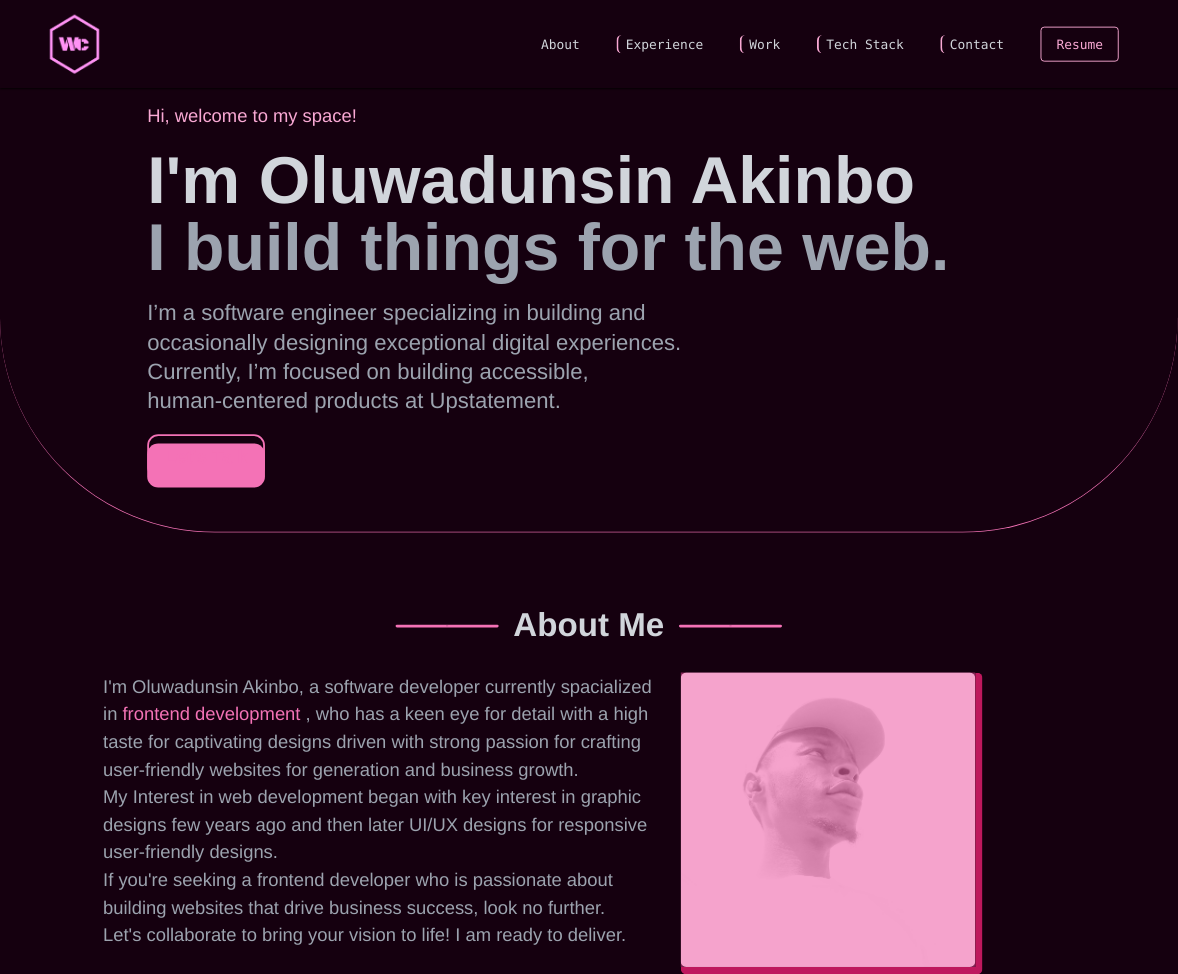
Repository: EmmyDunny1/myPortfolio
Page: / (app in MyPortfolio/)
The author's editor kept a copy of each file at every save. The page is drawn from the files as they stood at one save, then again after the next save.
The browser window is 1280 px wide. The pictures show the whole page, at 92% of full size.
The project was rebuilt for these pictures with package versions that can differ from the ones it lists, and the page was loaded fresh each time. Also part of the build but not shown: MyPortfolio/vite.config.js.

Above is the page before, as saved 2025-01-14 21:01:35.

After the next save:
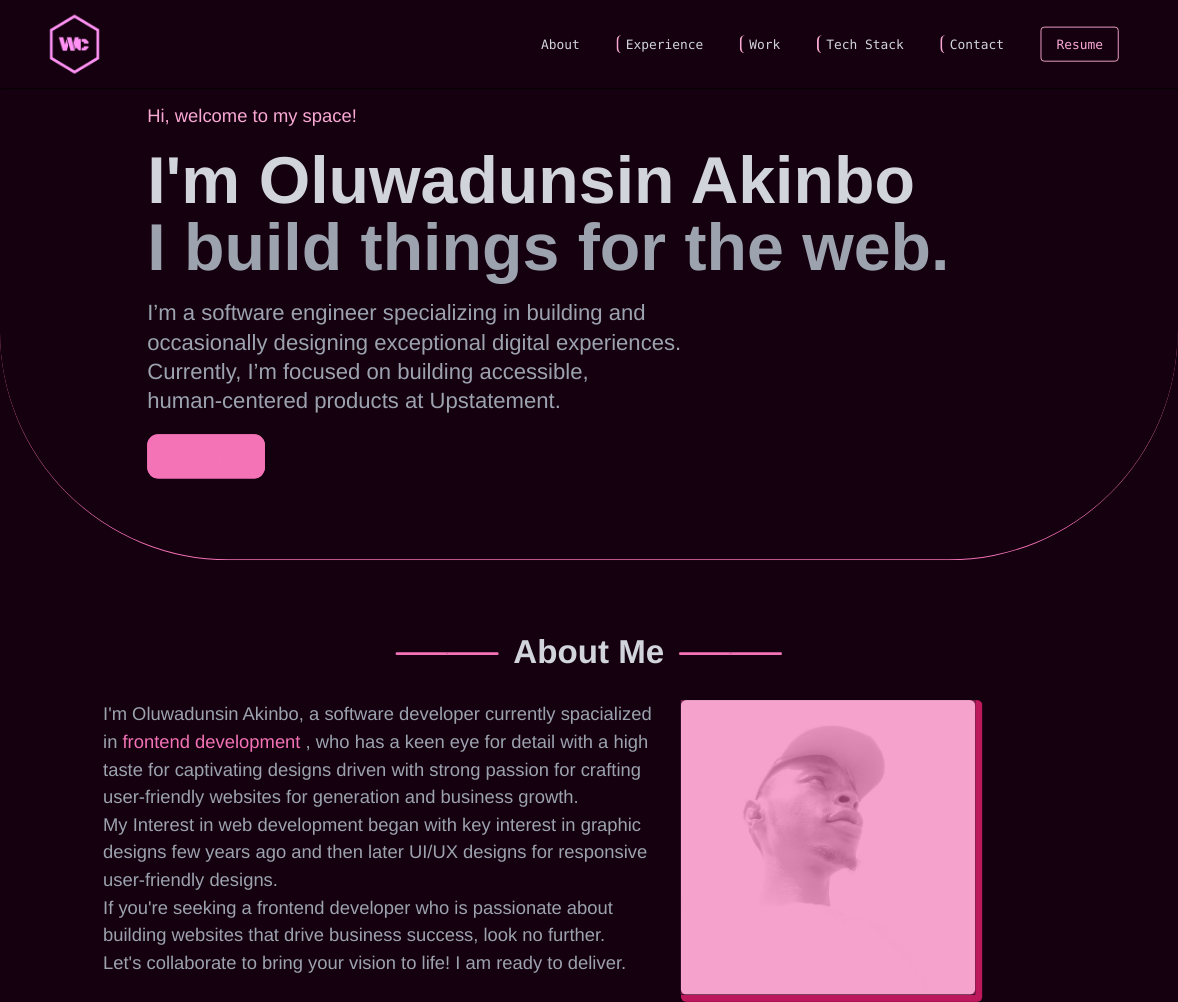
Saved 45 s later.
--- a/MyPortfolio/src/components/HeroSection.jsx
+++ b/MyPortfolio/src/components/HeroSection.jsx
@@ -16,7 +16,7 @@ const HeroSection = () => {
 
 <button className='h-[3rem] w-[8rem] border-solid border-pink-400 border-2 text-pink-400 text-xl font-bold rounded-xl z-10'>Let's Talk</button>
 
-<button className='h-[3rem] w-[8rem] bg-pink-400  text-pink-400 text-xl font-bold rounded-xl pb-10 ml-[-8rem] z-0'>Let's Talk</button>
+<button className='h-[3rem] w-[8rem] bg-pink-400  text-pink-400 text-xl font-bold rounded-xl mb-10 ml-[-8rem] z-0'>Let's Talk</button>
 
     </div>
   )
